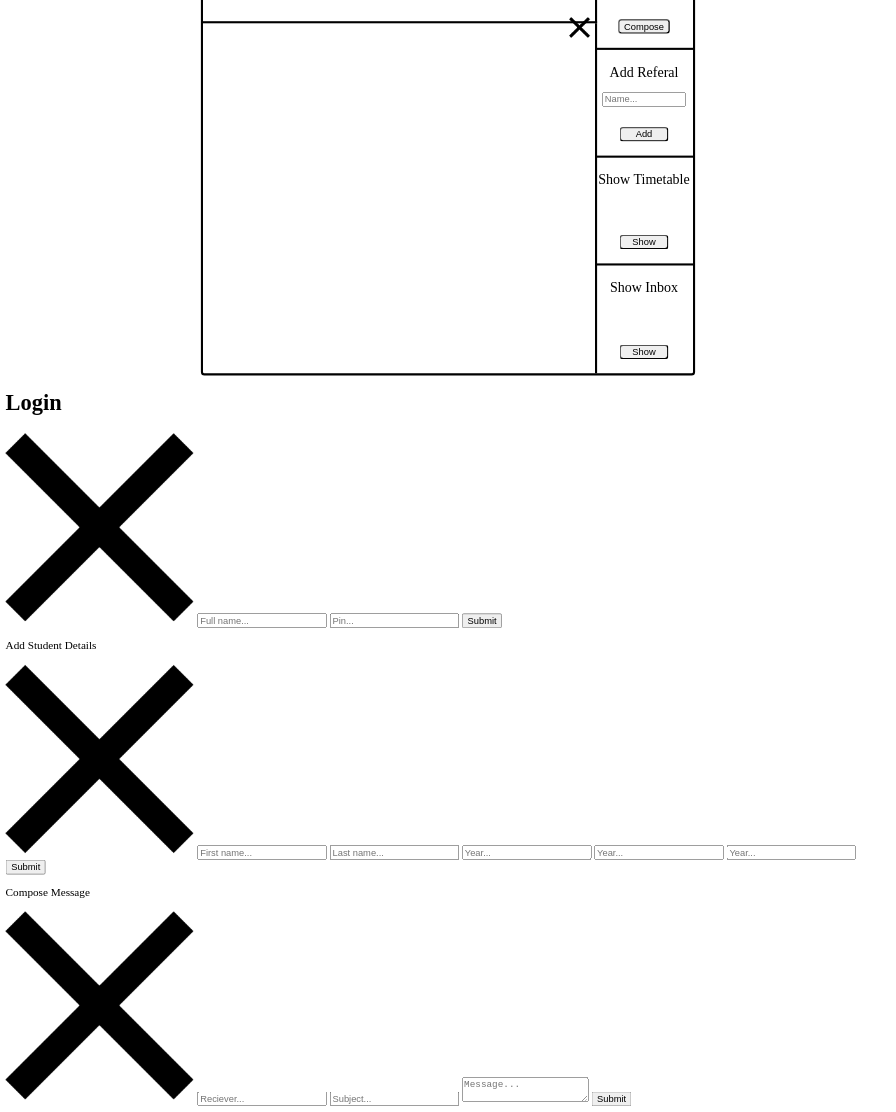
Repository: ghend99/Guardian-Application
Page: index.html
These files come from the project's save history. The page is drawn as it stood at one moment and after the next save; the edit follows.
The browser window is 1280 px wide. The pictures show the part of the page from y = 675 to 2595 px (the page is 2264 px tall before and 2595 px after), at 70% of full size.

Above is the page before, as saved 2023-06-05 21:00:21.

After the next save:
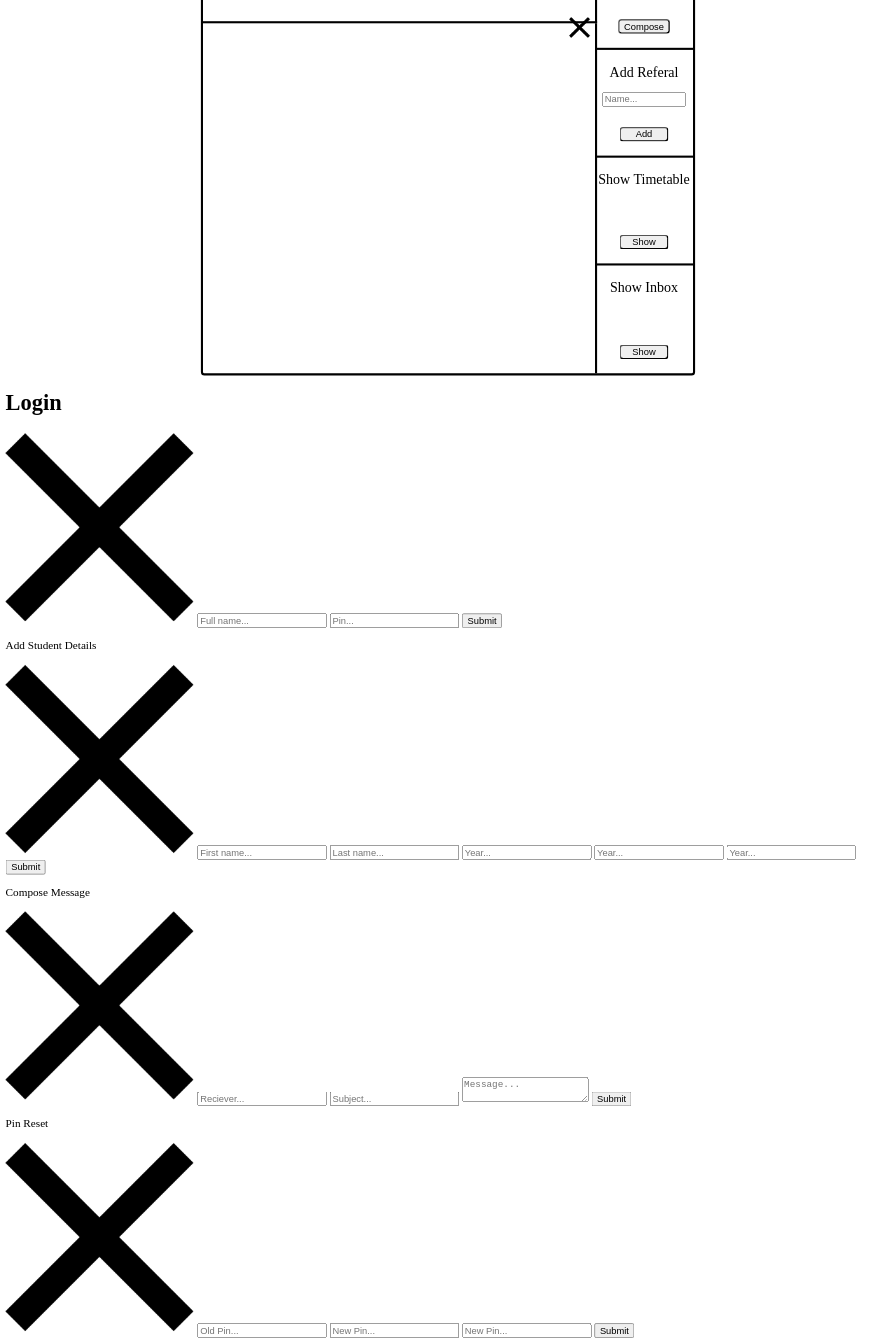
Saved 41 s later.
--- a/index.html
+++ b/index.html
@@ -226,6 +226,36 @@
       ></textarea>
       <input id="compose-message-submit" class="submit-button" type="submit" />
     </div>
+
+    <div id="password-reset-container">
+      <p id="password-reset-header" class="modal-header page-headers">
+        Pin Reset
+      </p>
+      <img
+        id="password-reset-close"
+        class="modal-close"
+        src="./images/close.png"
+      />
+      <input
+        id="password-reset-old"
+        class="password-reset-input input"
+        type="number"
+        placeholder="Old Pin..."
+      />
+      <input
+        id="password-reset-new"
+        class="password-reset-input input"
+        type="number"
+        placeholder="New Pin..."
+      />
+      <input
+        id="password-reset-new-retype"
+        class="password-reset-input input"
+        type="number"
+        placeholder="New Pin..."
+      />
+      <input id="password-reset-submit" class="submit-button" type="submit" />
+    </div>
     <script src="main.js"></script>
   </body>
 </html>
